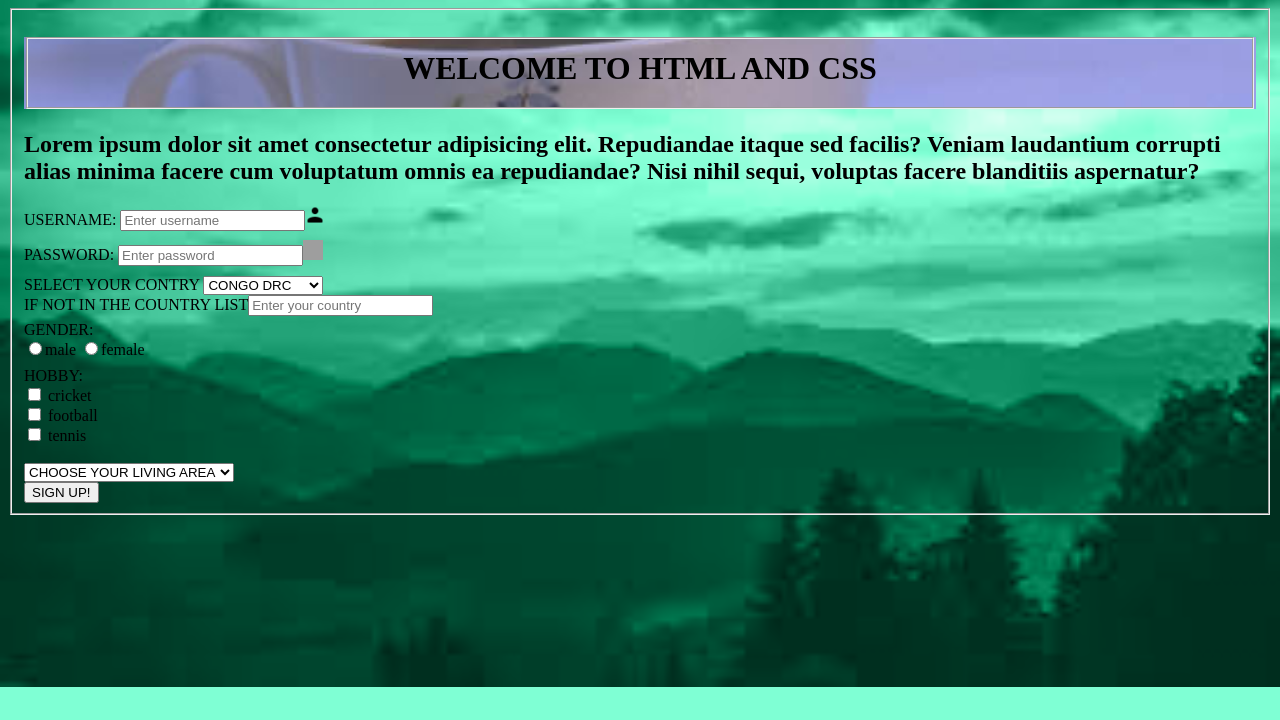
Repository: mirambialex/myform
Page: website/INDEX.HTML
An editor plug-in stored every save of this project. The page is shown before and after the next save, followed by the edit.
The browser window is 1280 px wide. The pictures show the whole page.
Pictures or frames that could not be fetched are drawn as grey boxes.

Above is the page before, as saved 2024-04-16 11:40:11.

After the next save:
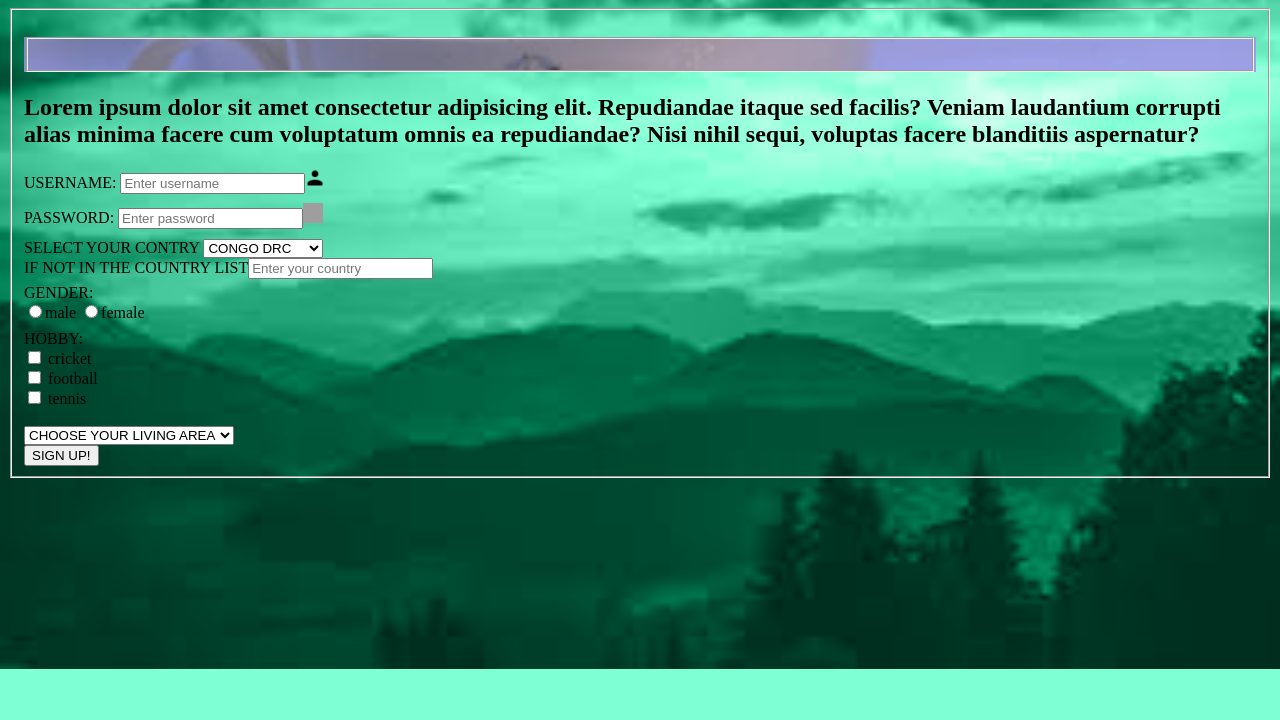
Saved 114 s later.
--- a/website/INDEX.HTML
+++ b/website/INDEX.HTML
@@ -8,7 +8,7 @@
 <body>
     <FIEldset>
             <DIV class="AI">
-                <h1><FIEldset>WELCOME TO HTML AND CSS </FIEldset></h1>
+                <h1><FIEldset></FIEldset></h1>
 </DIV>
 <DIV class="BI"><H2>Lorem ipsum dolor sit amet consectetur adipisicing elit. Repudiandae itaque sed facilis? Veniam laudantium corrupti alias minima facere cum voluptatum omnis ea repudiandae? Nisi nihil sequi, voluptas facere blanditiis aspernatur?</H2>
 </DIV>

After the save that followed:
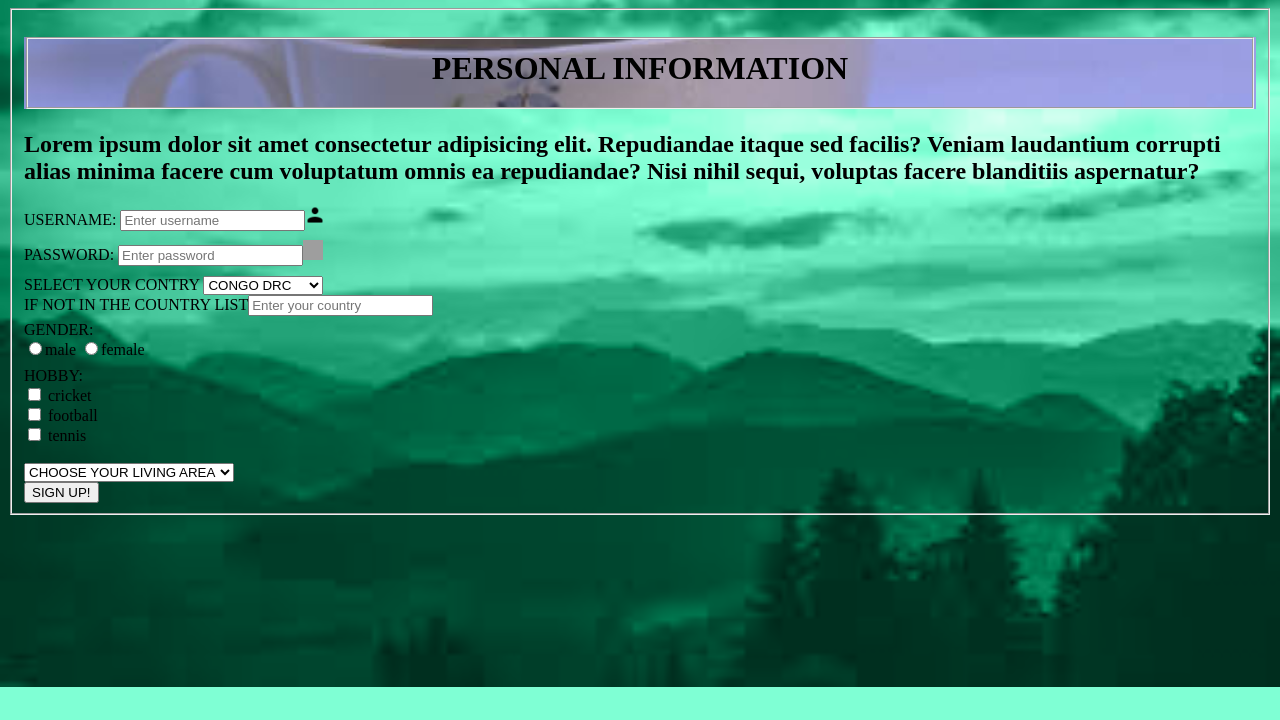
Saved 9 s later.
--- a/website/INDEX.HTML
+++ b/website/INDEX.HTML
@@ -8,7 +8,7 @@
 <body>
     <FIEldset>
             <DIV class="AI">
-                <h1><FIEldset></FIEldset></h1>
+                <h1><FIEldset>PERSONAL INFORMATION </FIEldset></h1>
 </DIV>
 <DIV class="BI"><H2>Lorem ipsum dolor sit amet consectetur adipisicing elit. Repudiandae itaque sed facilis? Veniam laudantium corrupti alias minima facere cum voluptatum omnis ea repudiandae? Nisi nihil sequi, voluptas facere blanditiis aspernatur?</H2>
 </DIV>
